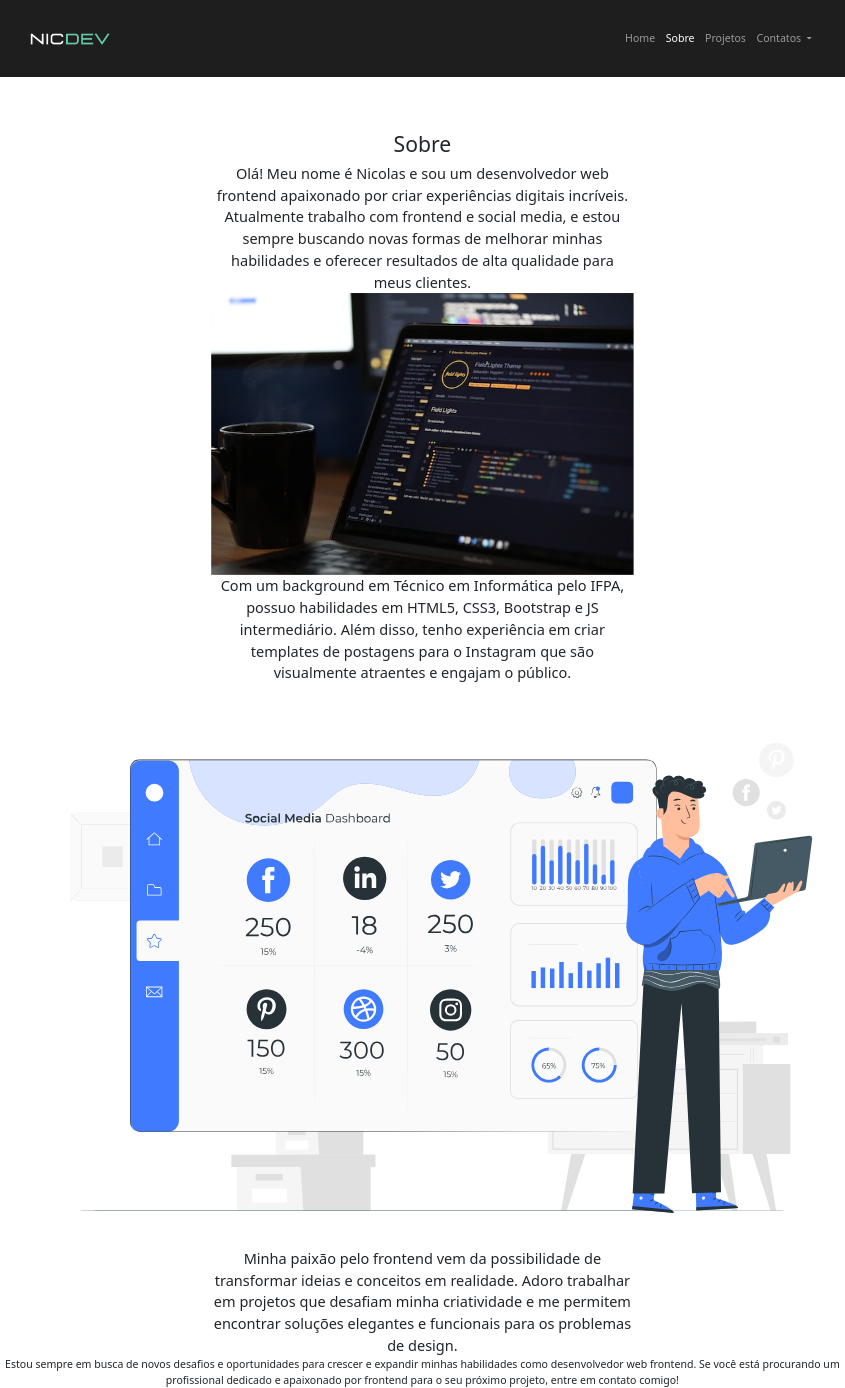
Repository: Leonngc/nicdev
Page: about.html
These files come from the project's save history. The page is drawn as it stood at one moment and after a run of saves; the edit follows.
The browser window is 1280 px wide. The pictures show the whole page, at 66% of full size.

Above is the page before, as saved 2023-04-15 17:39:06.

### about.html
<html lang="pt-br">
<head>
    <meta charset="UTF-8">
    <meta http-equiv="X-UA-Compatible" content="IE=edge">
    <meta name="viewport" content="width=device-width, initial-scale=1.0">
    <title>nicdev - Sobre</title>
    <link href="https://cdn.jsdelivr.net/npm/bootstrap@5.0.2/dist/css/bootstrap.min.css" rel="stylesheet" integrity="sha384-EVSTQN3/azprG1Anm3QDgpJLIm9Nao0Yz1ztcQTwFspd3yD65VohhpuuCOmLASjC" crossorigin="anonymous">
    <link rel="stylesheet" href="styles/scrollbar.css">
    <link rel="stylesheet" href="styles/about.css">
</head>
<body>

<header style="background-color: #1e1e1e; padding: 30px;" class="fixed-top">

        <nav class="navbar navbar-expand-lg navbar-dark">
            <div class="container-fluid">
              <a class="navbar-brand" href="index.html"><img src="images/nicdev-logo.png" alt="logo da NicDev" style="width: 130px"></a>
              <button class="navbar-toggler" type="button" data-bs-toggle="collapse" data-bs-target="#navbarNavDropdown" aria-controls="navbarNavDropdown" aria-expanded="false" aria-label="Toggle navigation">
                <span class="navbar-toggler-icon"></span>
              </button>
              <div class="collapse navbar-collapse justify-content-end" id="navbarNavDropdown">
                <ul class="navbar-nav ">
                  <li class="nav-item">
                    <a class="nav-link" href="index.html" target="_parent">Home</a>
                  </li>
                  <li class="nav-item">
                    <a class="nav-link active disabled" href="#">Sobre</a>
                  </li>
                  <li class="nav-item">
                    <a class="nav-link" href="projects.html" target="_parent">Projetos</a>
                  </li>

                  <li class="nav-item dropdown">
                    <a class="nav-link dropdown-toggle" href="#" id="navbarDropdownMenuLink" role="button" data-bs-toggle="dropdown" aria-expanded="false">
                      Contatos
                    </a>
                    <ul class="dropdown-menu" aria-labelledby="navbarDropdownMenuLink">
                      <li><a class="dropdown-item" href="#">WhatsApp <img src="images/whatsapp.png" alt="" class="redes-logo"></a></li>
                      <li><a class="dropdown-item" href="#">Email <img src="images/gmail (1).png" alt="" class="redes-logo"></a></li>
                      <li><a class="dropdown-item" href="#">Linkedin <img src="images/linkedin.png" alt="" class="redes-logo"></a></li>
                    </ul>
                  </li>
                </ul>
              </div>
            </div>
          </nav>
</header>


<main>

<h2>Sobre</h2>
<p>Olá! Meu nome é Nicolas e sou um desenvolvedor web frontend apaixonado por criar experiências digitais incríveis. Atualmente trabalho com frontend e social media, e estou sempre buscando novas formas de melhorar minhas habilidades e oferecer resultados de alta qualidade para meus clientes.</p>
<img src="images/desktopcode.jpg" alt="">

<p>Com um background em Técnico em Informática pelo IFPA, possuo habilidades em HTML5, CSS3, Bootstrap e JS intermediário. Além disso, tenho experiência em criar templates de postagens para o Instagram que são visualmente atraentes e engajam o público.</p>
<img src="images/Social Dashboard-pana.svg" alt="">
<p>Minha paixão pelo frontend vem da possibilidade de transformar ideias e conceitos em realidade. Adoro trabalhar em projetos que desafiam minha criatividade e me permitem encontrar soluções elegantes e funcionais para os problemas de design.</p>

Estou sempre em busca de novos desafios e oportunidades para crescer e expandir minhas habilidades como desenvolvedor web frontend. Se você está procurando um profissional dedicado e apaixonado por frontend para o seu próximo projeto, entre em contato comigo!
</main>

    <script src="https://cdn.jsdelivr.net/npm/bootstrap@5.0.2/dist/js/bootstrap.bundle.min.js" integrity="sha384-MrcW6ZMFYlzcLA8Nl+NtUVF0sA7MsXsP1UyJoMp4YLEuNSfAP+JcXn/tWtIaxVXM" crossorigin="anonymous"></script>
</body>
</html>

### styles/scrollbar.css
body{
    overflow-x: hidden;
}
body::-webkit-scrollbar {
    width: 6px;               /* width of the entire scrollbar */
  }

  body::-webkit-scrollbar-track {
    background: rgb(5, 5, 5);        /* color of the tracking area */
  }

  body::-webkit-scrollbar-thumb {
    background-color: #4BC6B9;    /* color of the scroll thumb */
    border-radius: 20px;       /* roundness of the scroll thumb */
  }

  .redes-logo{
    width: 30px;
    padding: 6px;
  }

### styles/about.css
@import url('https://fonts.googleapis.com/css2?family=Bebas+Neue&display=swap'); /* CDN GOOGLE  FONT */
@import url('https://cdn-uicons.flaticon.com/uicons-solid-straight/css/uicons-solid-straight.css'); /* CDN ICON*/
@font-face {
    font-family: Lastica;
    src: url(../fonts/instrg.ttf)
}

*{
    max-width: 100vw;
}

:root{
 --bebas-neue : 'Bebas Neue', cursive;
}

main{
    margin-top: 200px;
}

body{
    max-width: 100vw;
    overflow-x: hidden;
}

main{
    text-align: center;

}

p{
    width: 50vw;
    font-size: 22px;
    margin: auto;
    justify-content: left;
}

After the next 5 saves:
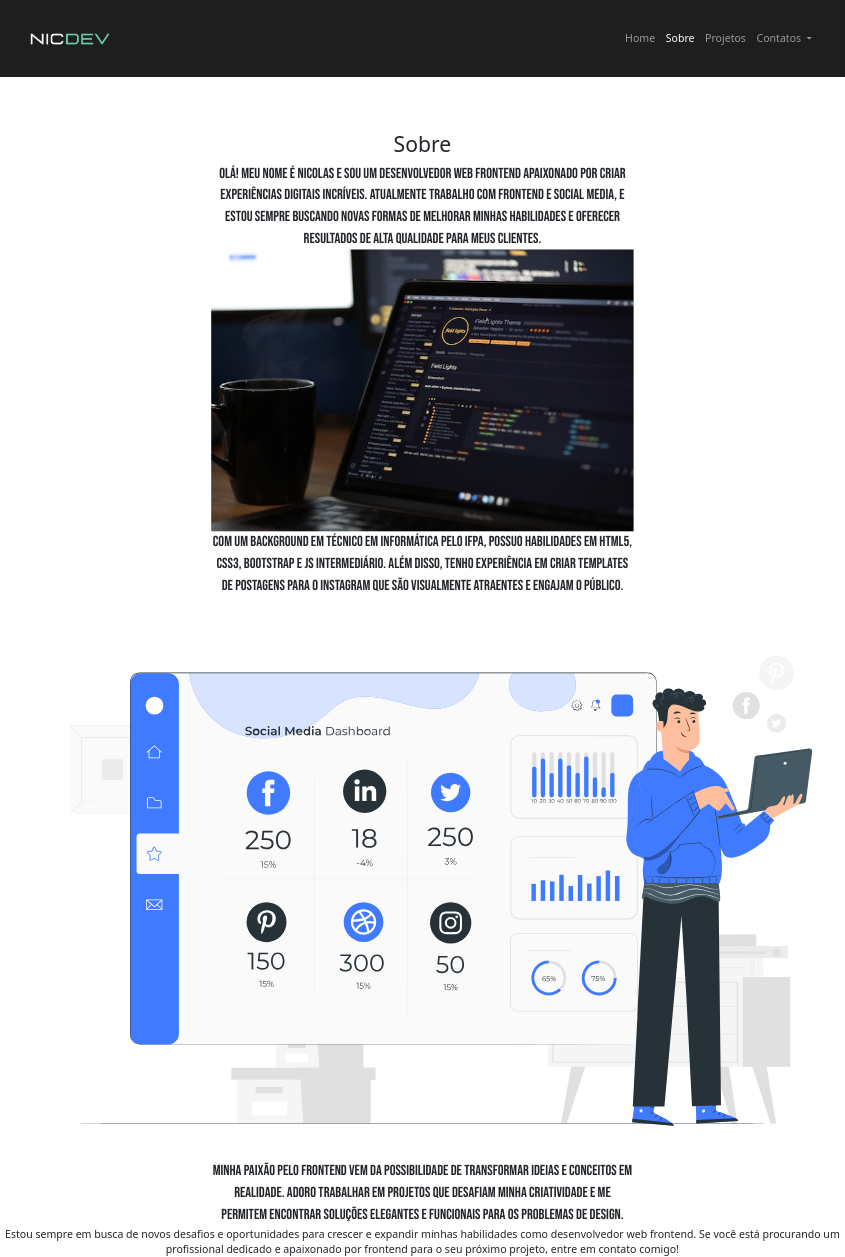
The 5 saves are shown as one change because they came seconds apart.
The last was saved 40 s later.
--- a/styles/about.css
+++ b/styles/about.css
@@ -30,6 +30,6 @@ main{
 p{
     width: 50vw;
     font-size: 22px;
+    font-family: var(--bebas-neue);
     margin: auto;
-    justify-content: left;
 }
